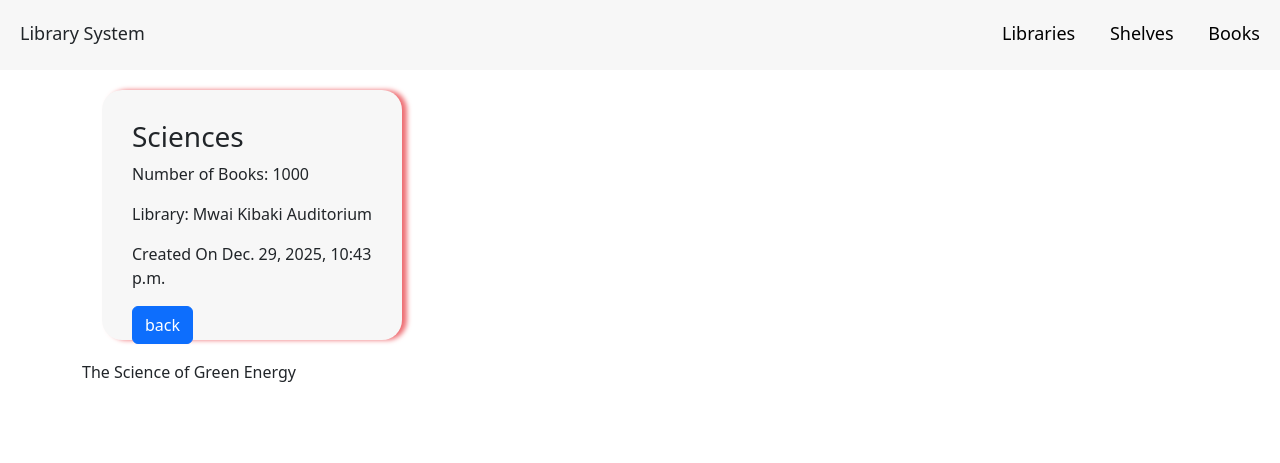
Repository: Mbote-Joseph/Library-Shelves-Books-Managements
Page: http://localhost/shelf-details/1
These files come from the project's save history. The page is drawn as it stood at one moment and after the next save; the edit follows.
The browser window is 1280 px wide. The pictures show the whole page.
The page is served by the project's application, run on Django 5.2 (manage.py). The page reads the database file committed with the project.

Above is the page before, as saved 2026-01-01 20:03:03.

After the next save:
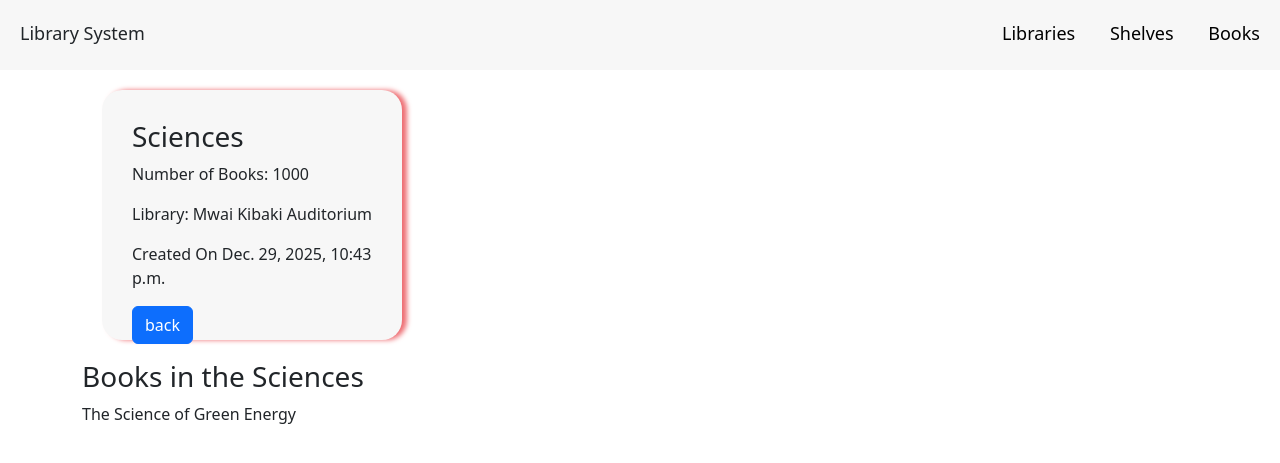
Saved 118 s later.
--- a/books/templates/books/shelf_detailview.html
+++ b/books/templates/books/shelf_detailview.html
@@ -16,6 +16,7 @@
         </div>
 
         {% if books %}
+        <h3> Books in the {{shelf.label}} </h3>
             {% for book in books %}
             <p> {{book.title}} </p>
 
